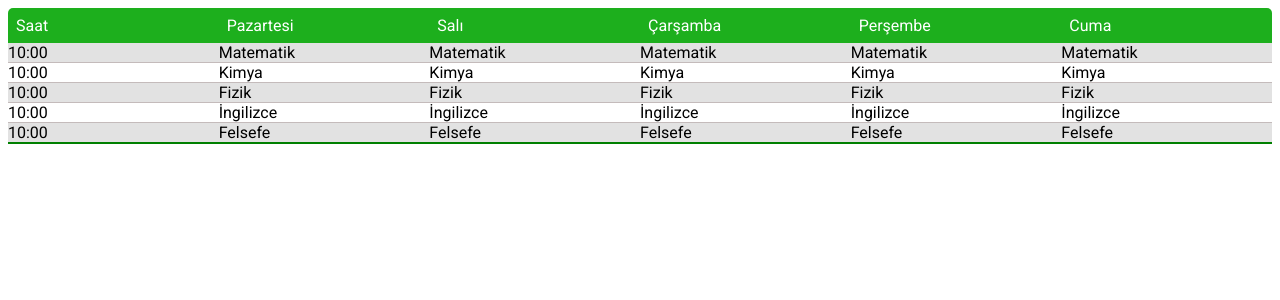
Repository: ahmetbugraozcan/css-ders-programi
Page: deneme.html
These files come from the project's save history. The page is drawn as it stood at one moment and after the next save; the edit follows.
The browser window is 1280 px wide. The pictures show the whole page.

Above is the page before, as saved 2021-07-10 10:01:01.

### deneme.html
<!DOCTYPE html>
<html lang="en">

<head>
    <link href='http://fonts.googleapis.com/css?family=Roboto' rel='stylesheet' type='text/css'>

    <meta charset="UTF-8">
    <meta http-equiv="X-UA-Compatible" content="IE=edge">
    <meta name="viewport" content="width=device-width, initial-scale=1.0">
    <title>Document</title>
</head>
<style>

body {
          font-family: 'Roboto', sans-serif;

        }
    header > div {
        padding: 8px;
    }
    header {
        background-color: rgb(29, 175, 29);
        color: white;
        border-radius: 5px 5px 0 0;

    }

    header,
    .row {
        display: flex;
        /* aligns all child elements (flex items) in a row */
    }

    .col :nth-of-type(odd){
        background-color:rgb(226, 226, 226) ;
    }
    .col :last-child {
        border-bottom: 2px solid green;
    }

    .col > div {
        border-bottom: 1px solid rgb(196, 187, 187);
        size: 400px;

    }


    .col {
        flex: 1;
        /* distributes space on the line equally among items */
    }
</style>

<body>

    <header>
        <div class="col">Saat</div>
        <div class="col">Pazartesi</div>
        <div class="col">Salı</div>
        <div class="col">Çarşamba</div>
        <div class="col">Perşembe</div>
        <div class="col">Cuma</div>
    </header>
    <div class="row">
        <div class="col"><div>10:00</div><div>10:00</div>
            <div>10:00</div>
            <div>10:00</div>
            <div>10:00</div>
        </div>
        <div class="col">
            <div>Matematik</div>
            <div>Kimya</div>
            <div>Fizik</div>
            <div>İngilizce</div>
            <div>Felsefe</div>
        </div>
        <div class="col"><div>Matematik</div><div>Kimya</div>
            <div>Fizik</div>
            <div>İngilizce</div>
            <div>Felsefe</div>
        </div>
        <div class="col"><div>Matematik</div>
            <div>Kimya</div>
            <div>Fizik</div>
            <div>İngilizce</div>
            <div>Felsefe</div>
        </div>
        <div class="col"><div>Matematik</div><div>Kimya</div>
            <div>Fizik</div>
            <div>İngilizce</div>
            <div>Felsefe</div>
        </div>
        <div class="col"><div>Matematik</div>
            <div>Kimya</div>
            <div>Fizik</div>
            <div>İngilizce</div>
            <div>Felsefe</div>
        </div>
    </div>
</body>

</html>

After the next save:
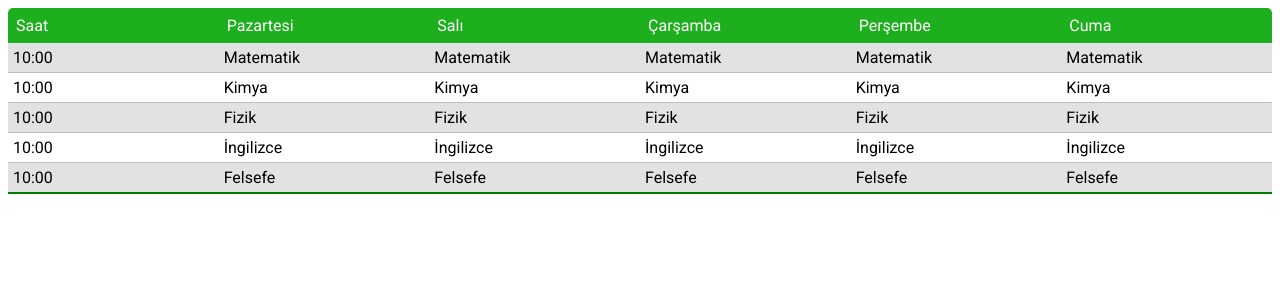
Saved 54 s later.
--- a/deneme.html
+++ b/deneme.html
@@ -40,7 +40,7 @@ body {
 
     .col > div {
         border-bottom: 1px solid rgb(196, 187, 187);
-        size: 400px;
+        padding: 5px;
 
     }
 
